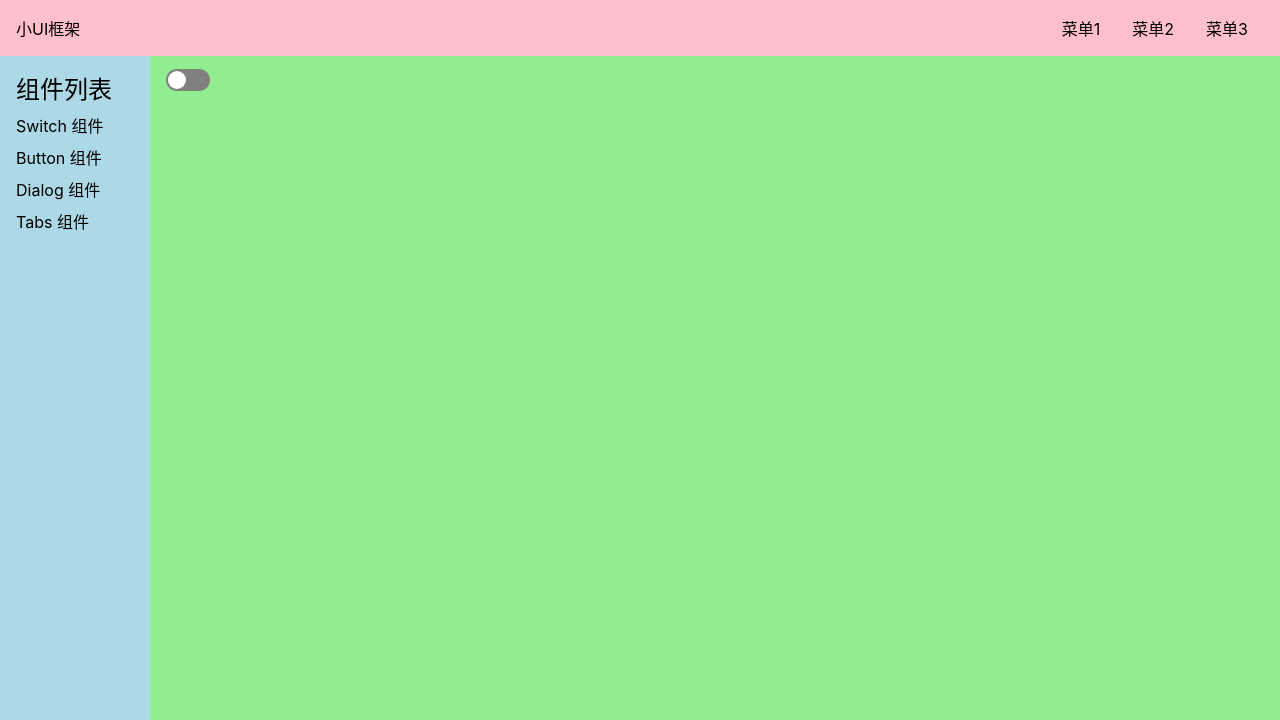
Repository: huming3272/Smile-UI
Page: /#/doc/switch
The author's editor kept a copy of each file at every save. The page is drawn from the files as they stood at one save, then again after a run of saves.
The browser window is 1280 px wide. The pictures show the whole page.
The project was rebuilt for these pictures with package versions that can differ from the ones it lists, and the page was loaded fresh each time. Also part of the build but not shown: src/views/Home.vue, src/components/ButtonDemo.vue, src/components/DialogDemo.vue, src/components/TabsDemo.vue, src/components/DocDemo.vue.

Above is the page before, as saved 2021-11-02 17:25:44.

After the next 3 saves:
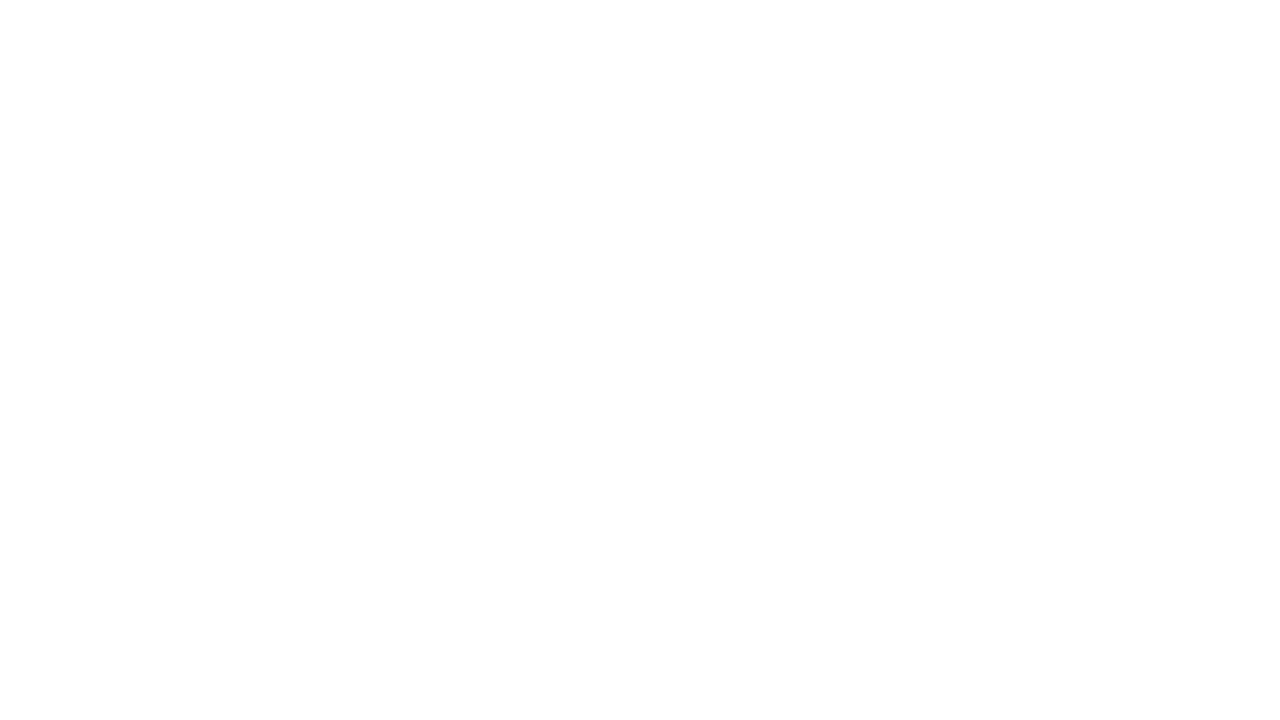
Console error: ReferenceError: ref is not defined
The 3 saves are shown as one change because 1 did not build or start and some came seconds apart.
The last was saved 61 s later.
--- a/src/components/SwitchDemo.vue
+++ b/src/components/SwitchDemo.vue
@@ -14,7 +14,7 @@
     Switch
   },
   setup(){
-
+    const y = ref()
   }
 };
 </script>

After the 4 saves that followed:
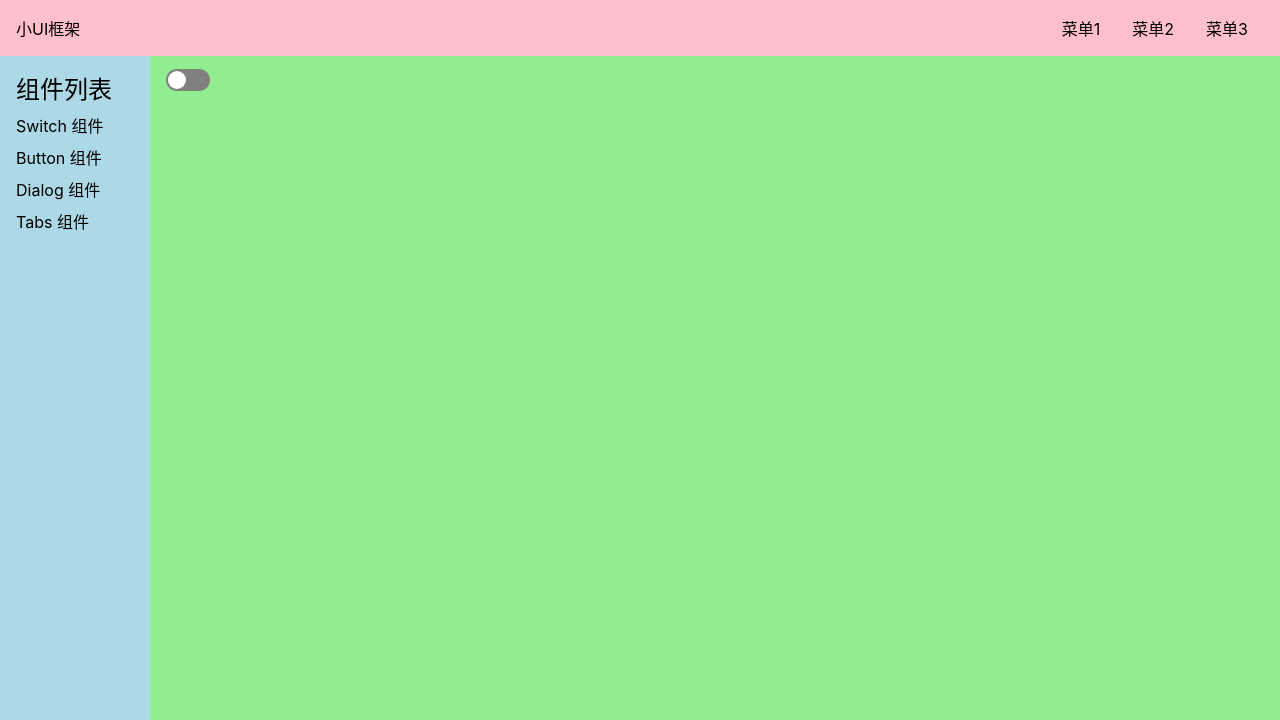
The error is gone.
The 4 saves are shown as one change because 2 left the picture as it was and some came seconds apart.
The last was saved 22 s later.
--- a/src/components/SwitchDemo.vue
+++ b/src/components/SwitchDemo.vue
@@ -6,7 +6,7 @@
   </div>
 </template>
 <script lang="ts">
-import {inject,Ref} from 'vue'
+import {inject,Ref,ref} from 'vue'
 import Switch from '../lib/Switch.vue'
 export default {
   name: "switch",
@@ -14,7 +14,8 @@
     Switch
   },
   setup(){
-    const y = ref()
+    const y = ref(false)
+
   }
 };
 </script>
